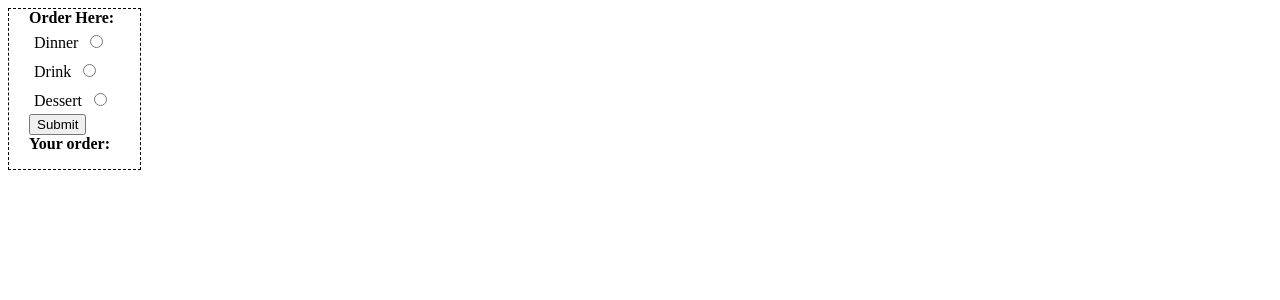
Repository: AyushMahatara/vue-simple-restaurant-order
Page: index.html
The author's editor kept a copy of each file at every save. The page is drawn from the files as they stood at one save, then again after the next save.
The browser window is 1280 px wide. The pictures show the whole page.

Above is the page before, as saved 2024-01-11 10:31:18.

### index.html
<!DOCTYPE html>
<html lang="en">
  <head>
    <meta charset="UTF-8" />
    <meta name="viewport" content="width=device-width, initial-scale=1.0" />
    <title>Restaurant Order</title>
    <style>
      #app {
        border: dashed black 1px;
        display: inline-block;
        padding: 0 20px;
      }
      #app label,
      #app li {
        padding: 5px;
        border-radius: 5px;
      }
      #app input[type="radio"] {
        margin: 8px;
      }
      #app label:hover {
        cursor: pointer;
        background-color: lightgray;
      }
      ul {
        list-style-type: none;
      }
      li {
        margin: 2px;
        width: 17ch;
        height: 35px;
        line-height: 35px;
        text-align: center;
        background-color: rgb(211, 254, 211);
      }
      .impClass {
        background-color: rgb(255, 202, 202);
      }
      #ulFound li {
        text-decoration: line-through;
        background-color: rgb(230, 230, 230);
      }
      form img {
        width: 50px;
      }
      li img {
        float: right;
        height: 100%;
      }
      h4 {
        margin: 0;
      }
    </style>
  </head>
  <body>
    <div id="app">
      <h4>Order Here:</h4>
      <form v-on:submit.prevent="addItem">
        <label for=""
          >Dinner
          <input type="radio" value="Dinner" name="" v-model="itemType" id="" />
        </label>
        <br />
        <label for=""
          >Drink
          <input type="radio" value="Drink" name="" v-model="itemType" id="" />
        </label>
        <br />
        <label for=""
          >Dessert
          <input
            type="radio"
            value="Dessert"
            name=""
            v-model="itemType"
            id=""
          />
        </label>
        <br />

        <p v-show="itemType">
          <label for="">
            <select required v-model="itemName" v-on:change="newUrl">
              <option value="" selected disabled>Select Item</option>
              <option
                value=""
                v-for="item in preDefItems"
                v-bind:value="item.name"
                v-show="item.type === itemType"
                v-bind:data-url="item.imgUrl"
              >
                {{ item.name }}
              </option>
            </select>
          </label>
        </p>

        <img :src="itemUrl" alt="" />
        <p v-show="itemName">
          <input
            type="number"

            placeholder="how many?"
            v-model="itemNumber"
            required
          />
        </p>

        <button>Submit</button>
      </form>
      <div>
        <h4>Your order:</h4>
        <ul id="ulToFind">
          <li v-for="item in order">
              {{ item.name }}, {{ item.number}} <img v-bind:src="item.url">
          </li>
        </ul>

        </ul>
      </div>
    </div>
  </body>

  <script src="https://unpkg.com/vue@3/dist/vue.global.js"></script>

  <script>
    const app = Vue.createApp({
      data() {
        return {
          itemType: "",
          itemName: "",
          itemUrl: "",
          itemNumber: null,
          preDefItems: [
            { name: "Burrito", type: "Dinner", imgUrl: "img_burrito.svg" },
            { name: "Pizza", type: "Dinner", imgUrl: "img_pizza.png" },
            { name: "Pho Soup", type: "Dinner", imgUrl: "img_soup.svg" },
            { name: "Spaghetti", type: "Dinner", imgUrl: "img_spaghetti.svg" },
            { name: "Fish", type: "Dinner", imgUrl: "img_fish.svg" },
            { name: "Cake", type: "Dessert", imgUrl: "img_cake.svg" },
            { name: "Rice", type: "Dinner", imgUrl: "img_rice.svg" },
            { name: "Salad", type: "Dinner", imgUrl: "img_salad.svg" },
            { name: "Coke", type: "Drink", imgUrl: "img_soda.svg" },
            { name: "Green Soda", type: "Drink", imgUrl: "img_greenSoda.svg" },
            { name: "Doughnut", type: "Dessert", imgUrl: "img_doughnut.svg" },
            { name: "Ice Cream", type: "Dessert", imgUrl: "img_iceCream.svg" },
            { name: "Lemonade", type: "Drink", imgUrl: "img_lemonade.svg" },
            { name: "Pancakes", type: "Dessert", imgUrl: "img_pancakes.svg" },
            { name: "Water", type: "Drink", imgUrl: "img_water.svg" },
          ],
          order: [],
        };
      },
      methods: {
        addItem() {
          let item = {
            name: this.itemName,
            number: this.itemNumber,
            url: this.itemUrl,
          };
          this.order.push(item);
          this.itemType = "";
          this.itemName = "";
          this.itemNumber = null;
          this.itemUrl = "";
        },
        newUrl(e) {
          this.itemUrl =
            e.target.options[e.target.selectedIndex].getAttribute("data-url");
        },
      },
    });
    app.mount("#app");
  </script>
</html>

After the next save:
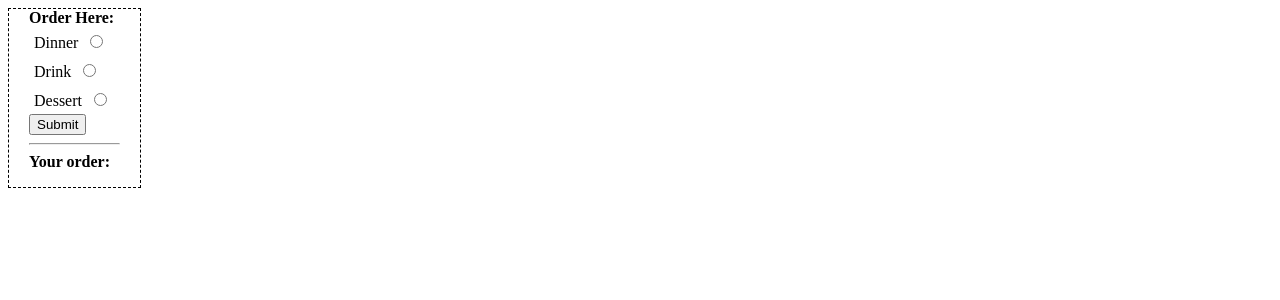
Saved 2 min 0 s later.
--- a/index.html
+++ b/index.html
@@ -99,16 +99,16 @@
         <p v-show="itemName">
           <input
             type="number"
-
             placeholder="how many?"
             v-model="itemNumber"
             required
           />
         </p>
 
-        <button>Submit</button>
+        <button type="submit">Submit</button>
       </form>
       <div>
+        <hr>
         <h4>Your order:</h4>
         <ul id="ulToFind">
           <li v-for="item in order">
